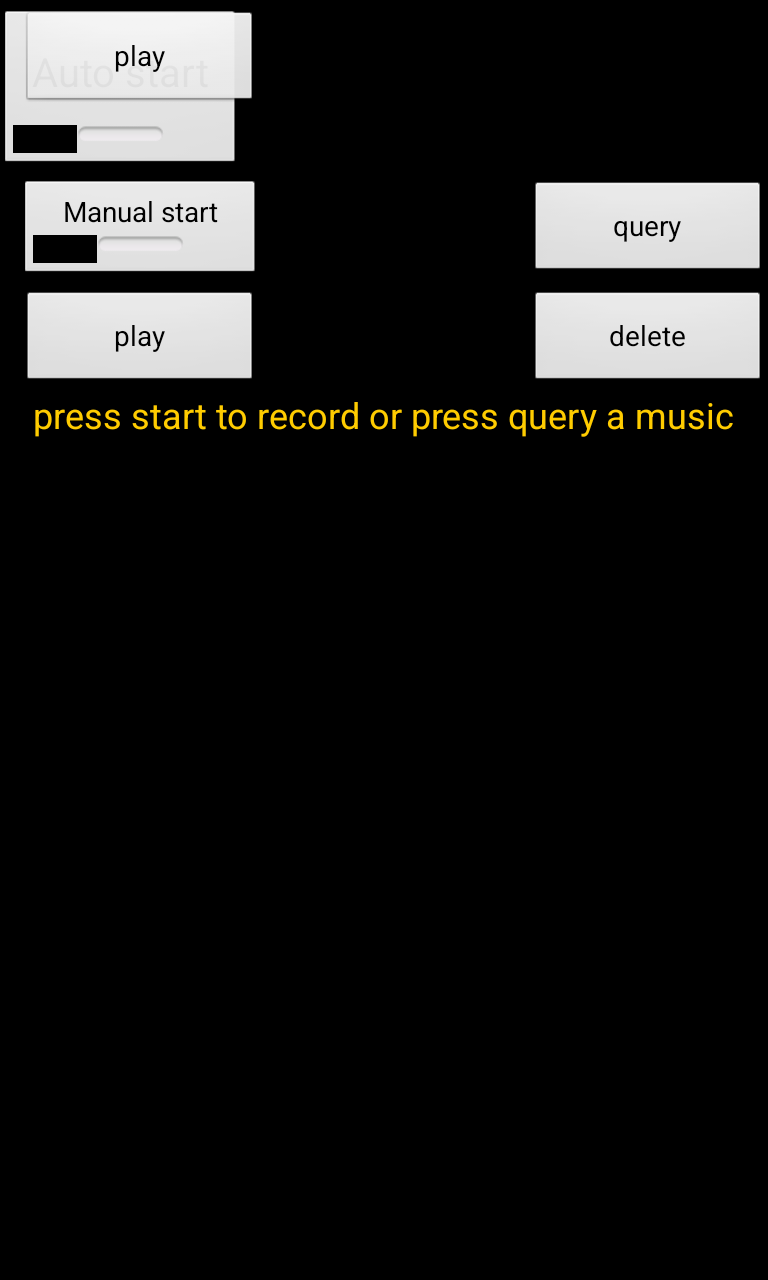
Repository: FreyrChen/tucan_Linux_practice
Layout: 4_Android_program/MusicIdentify/res/layout/activity_main.xml
The author's editor kept a copy of each file at every save. The layout is drawn from the files as they stood at one save, then again after the next save.
It is drawn on a 768 x 1280 px phone screen (xhdpi) without system bars, with theme AppTheme; the app's code is not run. Lists and similar views that code fills are empty.

Above is the layout before, as saved 2013-06-13 07:05:44.

After the next save:
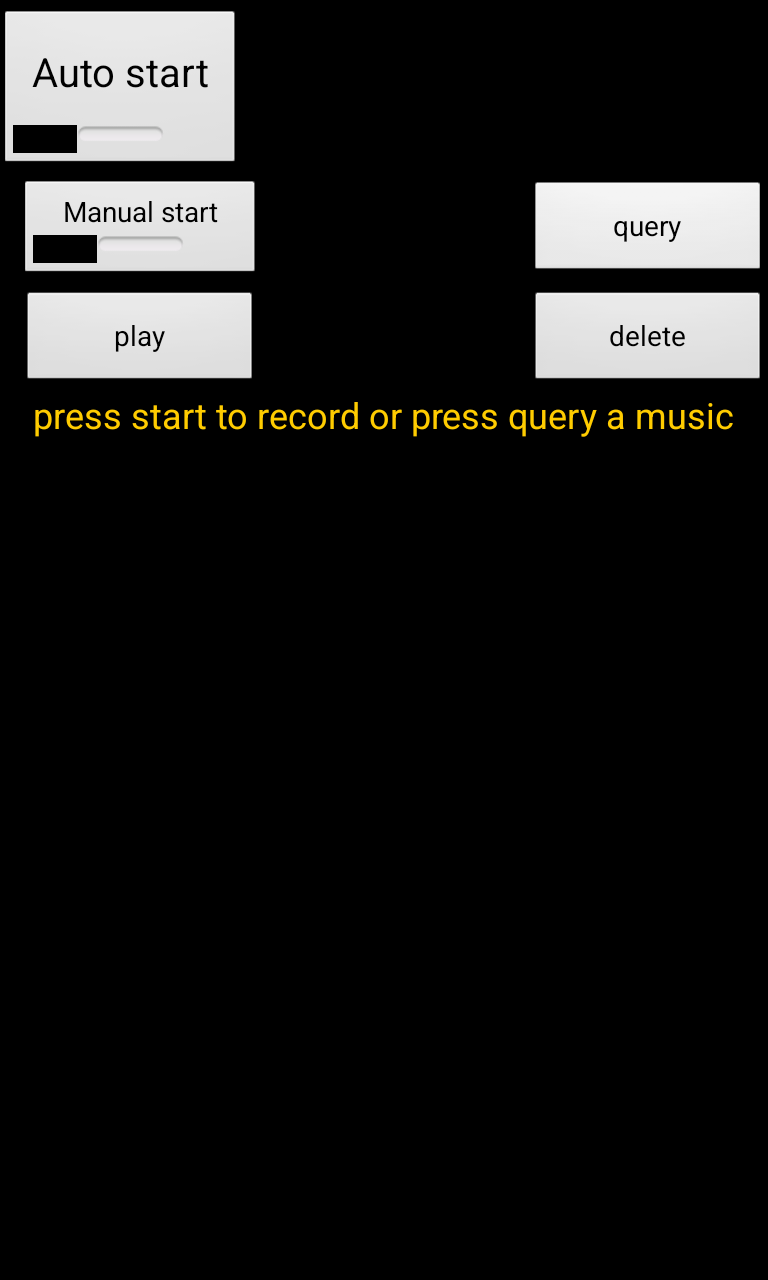
Saved 24 s later.
--- a/4_Android_program/MusicIdentify/res/layout/activity_main.xml
+++ b/4_Android_program/MusicIdentify/res/layout/activity_main.xml
@@ -26,13 +26,13 @@
  	/>
     <Button
 	 	android:id="@+id/test_button"
-		android:text="@string/play"
 	 	android:layout_width="120dp"
 	 	android:layout_height="50dp"
-	    android:layout_alignParentLeft="true"
+	 	android:text="@string/query"
 	    android:layout_marginTop="5dp"
 	    android:layout_marginLeft="10dp"
-	    android:layout_below="@+id/auto_progress"
+	    android:layout_alignParentRight="true"
+	     android:layout_below="@+id/auto_record_button"
  	/>
 
      <ToggleButton
